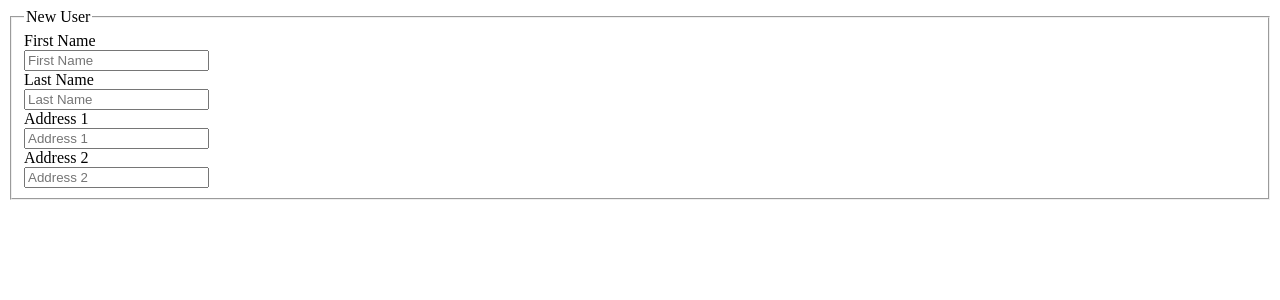
Repository: richieg/4YProject
Page: ProjectProtoType/ProjectProto2/WebContent/users.html
The author's editor kept a copy of each file at every save. The page is drawn from the files as they stood at one save, then again after the next save.
The browser window is 1280 px wide. The pictures show the whole page.

Above is the page before, as saved 2014-12-03 12:04:11.

After the next save:
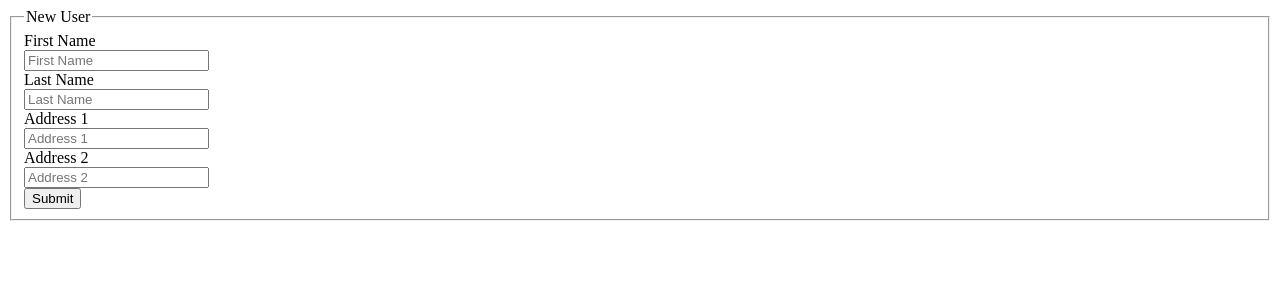
Saved 2 min 48 s later.
--- a/ProjectProtoType/ProjectProto2/WebContent/users.html
+++ b/ProjectProtoType/ProjectProto2/WebContent/users.html
@@ -15,7 +15,7 @@
 <div class="control-group">
   <label class="control-label" for="firstName">First Name</label>
   <div class="controls">
-    <input id="firstName" name="firstName" placeholder="First Name" class="input-xlarge" required="This" type="text">
+    <input id="firstName" name="firstName" placeholder="First Name" class="input-large" required="" type="text">
 
   </div>
 </div>
@@ -24,7 +24,7 @@
 <div class="control-group">
   <label class="control-label" for="lastName">Last Name</label>
   <div class="controls">
-    <input id="lastName" name="lastName" placeholder="Last Name" class="input-xlarge" required="" type="text">
+    <input id="lastName" name="lastName" placeholder="Last Name" class="input-large" required="This is required" type="text">
 
   </div>
 </div>
@@ -33,7 +33,7 @@
 <div class="control-group">
   <label class="control-label" for="address1">Address 1</label>
   <div class="controls">
-    <input id="address1" name="address1" placeholder="Address 1" class="input-xlarge" required="" type="text">
+    <input id="address1" name="address1" placeholder="Address 1" class="input-large" required="" type="text">
 
   </div>
 </div>
@@ -42,8 +42,16 @@
 <div class="control-group">
   <label class="control-label" for="address2">Address 2</label>
   <div class="controls">
-    <input id="address2" name="address2" placeholder="Address 2" class="input-xlarge" type="text">
+    <input id="address2" name="address2" placeholder="Address 2" class="input-large" type="text">
 
+  </div>
+</div>
+
+<!-- Button -->
+<div class="control-group">
+  <label class="control-label" for="submit"></label>
+  <div class="controls">
+    <button id="submit" name="submit" class="btn btn-primary">Submit</button>
   </div>
 </div>
 
